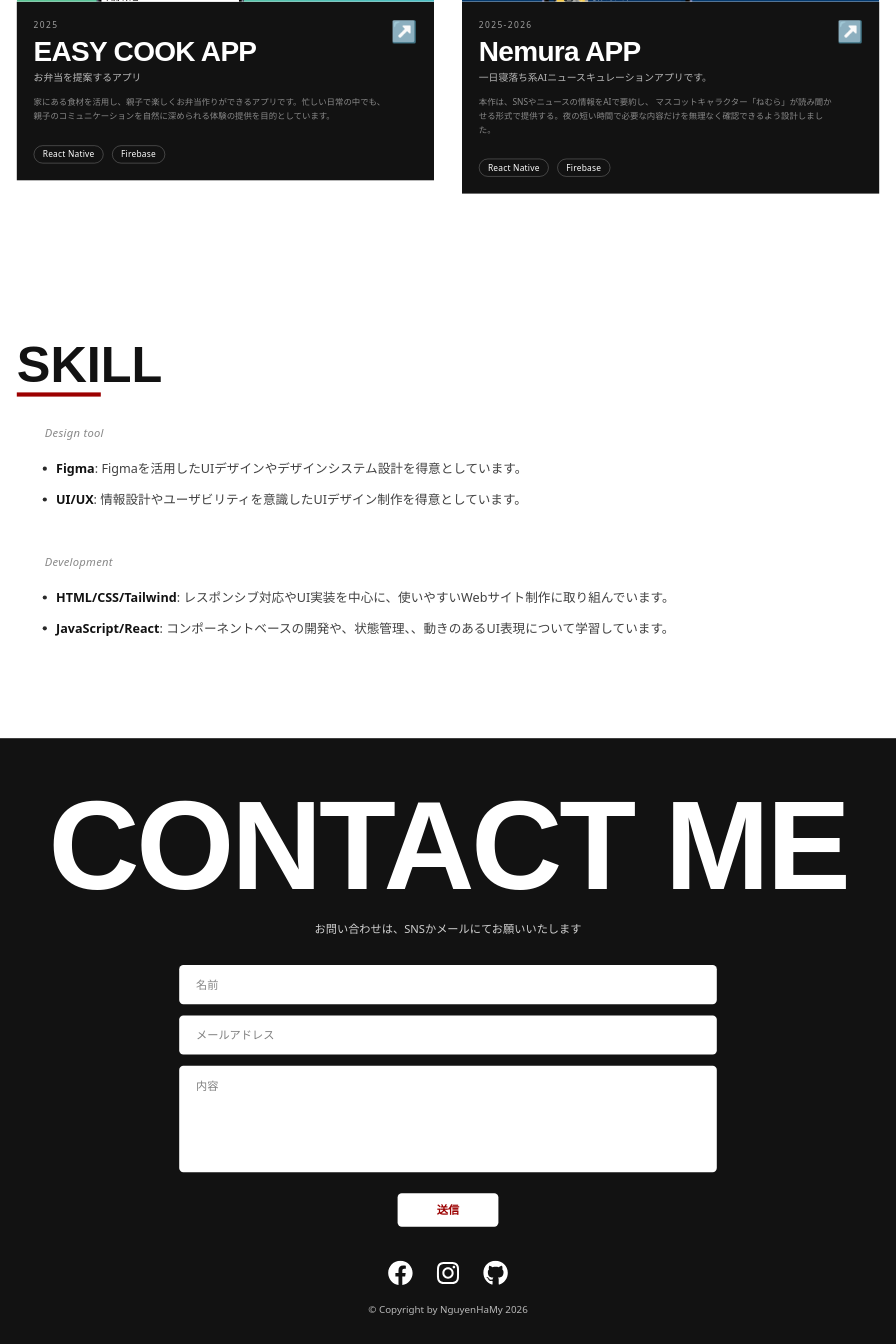
Repository: meme2603/Portfolio-HaMy
Page: / (app in my-portfolio/)
An editor plug-in stored every save of this project. The page is shown before and after the next save, followed by the edit.
The browser window is 1280 px wide. The pictures show the part of the page from y = 4322 to 6242 px (the page is 6242 px tall before and 6210 px after), at 70% of full size.
Some web fonts or font styles are not loaded; a fallback is used. The project was rebuilt for these pictures with package versions that can differ from the ones it lists, and the page was loaded fresh each time. Also part of the build but not shown: my-portfolio/vite.config.js.

Above is the page before, as saved 2026-05-29 14:55:31.

### my-portfolio/index.html
<!doctype html>
<html lang="ja">
  <head>
    <meta charset="UTF-8" />

    <link rel="icon" type="image/png" href="/memex2.png" />
    <meta name="viewport" content="width=device-width, initial-scale=1.0" />
    <title>My Portfolio</title>
    <link rel="preconnect" href="https://fonts.googleapis.com" />
    <link rel="preconnect" href="https://fonts.gstatic.com" crossorigin />
    <link
      href="https://fonts.googleapis.com/css2?family=Akshar:wght@300..700&family=Poppins:wght@300;400;600;700&display=swap"
      rel="stylesheet"
    />
  </head>
  <body>
    <div id="root"></div>

    <script type="module" src="/src/main.jsx"></script>
  </body>
</html>

### my-portfolio/src/main.jsx
import React from "react";
import ReactDOM from "react-dom/client";
import App from "./App";
import "./index.css";

ReactDOM.createRoot(document.getElementById("root")).render(
  <React.StrictMode>
    <App />
  </React.StrictMode>,
);

### my-portfolio/src/App.jsx
import Header from "./components/Header";
import Hero from "./components/Hero";
import About from "./components/About";
import Projects from "./components/Projects";
import Skills from "./components/Skills";
import Contact from "./components/Contact";
function App() {
  return (
    <div className="App">
      <Header />
      <Hero />
      <About />
      <Projects />
      <Skills />
      <Contact />
    </div>
  );
}

export default App;

### my-portfolio/src/index.css
@import "tailwindcss";
@theme {
  --color-primary: #9c0000;
  --color-background: #fff;
  --color-font: #121212;

  --opacity-overlay: 0.65;
  --opacity-glass: 0.1;

  --font-poppins: "Poppins", sans-serif;
  --font-akshar: "Akshar", sans-serif;
}

### my-portfolio/src/components/Header.jsx
import { useState } from "react";
function MenuItem({ text }) {
  return (
    <li>
      <a
        href={`#${text.toLowerCase()}`}
        className="text-primary text-xl relative group transition-colors"
      >
        {text}
        <span
          className="
            absolute left-0 -bottom-[4px] w-0 h-[1px] bg-primary
            transition-all duration-300 group-hover:w-full
          "
        ></span>
      </a>
    </li>
  );
}

function Header() {
  const [isOpen, setIsOpen] = useState(false);
  const menuItems = ["About", "Projects", "Contact"];
  return (
    <header className="fixed top-0 left-0 w-full h-24 bg-background border-b border-gray-300 z-60">
      <div className="max-w-7xl mx-auto h-full px-6 flex justify-between items-center">
        <div className="shrink-0">
          <a
            href="/"
            className="text-4xl text-primary font-semibold font-akshar"
          >
            HA MY
          </a>
        </div>

        <nav className="hidden lg:block">
          <ul className="flex space-x-10">
            {menuItems.map((item) => (
              <MenuItem key={item} text={item} />
            ))}
          </ul>
        </nav>

        <button
          onClick={() => setIsOpen(!isOpen)}
          className="block lg:hidden text-primary focus:outline-none z-50"
          aria-label="Menu"
        >
          <svg
            xmlns="http://www.w3.org/2000/svg"
            className="h-8 w-8"
            fill="none"
            viewBox="0 0 24 24"
            stroke="currentColor"
          >
            <path
              strokeLinecap="round"
              strokeLinejoin="round"
              strokeWidth="2"
              d={isOpen ? "M6 18L18 6M6 6l12 12" : "M4 6h16M4 12h16M4 18h16"}
            />
          </svg>
        </button>

        <div
          className={`
            absolute top-24 left-0 w-full bg-background border-b border-gray-300
            flex flex-col items-center shadow-lg lg:hidden
            overflow-hidden transition-all duration-700 ease-in-out
            ${isOpen ? "max-h-96 opacity-100 py-8 space-y-6" : "max-h-0 opacity-0 py-0 space-y-0 border-none"}
          `}
        >
          <div className="flex flex-col items-center w-full py-6 space-y-6">
            <a
              href="#about"
              onClick={() => setIsOpen(false)}
              className="text-primary text-2xl transition-opacity duration-700"
            >
              About
            </a>
            <a
              href="#projects"
              onClick={() => setIsOpen(false)}
              className="text-primary text-2xl transition-opacity duration-700"
            >
              Projects
            </a>
            <a
              href="#contact"
              onClick={() => setIsOpen(false)}
              className="text-primary text-2xl transition-opacity duration-700"
            >
              Contact
            </a>
          </div>
        </div>
      </div>
    </header>
  );
}

export default Header;

### my-portfolio/src/components/Hero.jsx
import avatarImg from "../assets/avatar.png";
function Hero() {
  return (
    <section className="relative w-full h-[calc(100vh-88px)] mt-24 bg-background overflow-hidden flex flex-col items-center pb-16">
      <div className="w-full pt-10 pb-5 z-20">
        <h1
          className="
            text-[90px]
            md:text-[140px]
            lg:text-[210px]
            font-bold
            font-akshar
            text-center
            leading-[0.7]
            text-font
            tracking-tighter
          "
        >
          PORTFOLIO
        </h1>
      </div>

      <div className="relative w-full max-w-[1440px] flex flex-col md:flex-row items-center md:items-end justify-center z-30">
        {/* LEFT */}
        <div className="flex-1 flex justify-center pb-8 md:pb-60 lg:pb-80">
          <div className="flex flex-col items-center text-center space-y-2">
            <p className="text-sm md:text-base lg:text-lg font-poppins">Hi!</p>

            <p className="text-sm md:text-base lg:text-lg font-poppins">
              My name is{" "}
              <span className="font-semibold text-base md:text-lg lg:text-xl font-poppins">
                NGUYEN THI HA MY
              </span>
            </p>

            <p className="text-base md:text-lg lg:text-xl font-light">
              I'm from VietNam
            </p>
          </div>
        </div>

        <div className="relative flex justify-center shrink-0">
          <img
            src={avatarImg}
            alt="Ha My"
            className="
              block
              h-[320px]
              md:h-[460px]
              lg:h-[601px]
              object-cover

            "
          />
        </div>

        <div className="flex-1 flex justify-center pb-8 md:pb-60 lg:pb-80">
          <div className="flex flex-col text-center space-y-2">
            <p className="text-base md:text-lg lg:text-xl font-light">
              I'm{" "}
              <span className="font-semibold text-base md:text-lg lg:text-xl">
                UI/UX Designer
              </span>{" "}
              and
            </p>

            <p className="text-base md:text-lg lg:text-xl font-semibold font-poppins">
              Design Engineer
            </p>

            <p className="text-sm md:text-base lg:text-lg font-light font-poppins">
              Now I'm living in Japan.
            </p>
          </div>
        </div>
      </div>
      <div className="absolute h-13 bottom-0 left-0 w-full bg-font py-3 md:py-4"></div>
      <div className="relative w-full mt-0 md:mt-0 lg:-mt-40 z-40">
        <div className="relative flex justify-center leading-none -mb-8 lg:-mb-12">
          <span
            className="
              absolute
              inset-0
              flex
              justify-center
              translate-x-[4px]
              translate-y-[4px]
              lg:text-[200px]
              md:text-[110px]
              sm:text-[80px]
              font-bold
              font-akshar
              tracking-tighter
              text-font
            "
          >
            Designer
          </span>

          <h2
            className="
              relative
              lg:text-[200px]
              md:text-[110px]
              sm:text-[80px]
              font-bold
              font-akshar
              tracking-tighter
              text-primary
            "
          >
            Designer
          </h2>
        </div>
      </div>

      {/* <div
        className="absolute
                  bottom-3
                  left-1/2
                  -translate-x-1/2
                  z-50
                  px-10
                  py-0.5"
      >
        <p className="text-background text-center text-[10px] md:text-xs font-light tracking-[2px]">
          This is my portfolio. Hope you enjoy it !
        </p>
      </div> */}
    </section>
  );
}

export default Hero;

### my-portfolio/src/components/About.jsx
import aboutImg from "../assets/about.jpg";
function About() {
  return (
    <section className="relative w-full h-auto py-24 bg-background overflow-hidden mt-16">
      <div className="max-w-7xl mx-auto px-6 md:px-10">
        {/* TITLE */}
        <div className="mb-16">
          <h1 className="text-5xl md:text-6xl lg:text-7xl font-bold font-akshar text-font leading-none">
            ABOUT ME
          </h1>

          <div className="w-[80px] md:w-[100px] lg:w-[120px] lg:h-[6px] md:h-[5px] h-[4px] bg-primary mt-1"></div>
        </div>

        {/* CONTENT */}
        <div className="flex flex-col lg:flex-row items-center lg:items-start gap-16">
          {/* LEFT */}
          <div className="w-full lg:w-[380px] shrink-0">
            <div className="bg-white rounded-2xl shadow-md p-5">
              <img
                src={aboutImg}
                alt="About Me"
                className="w-full  h-[300px] object-cover rounded-xl"
              />

              <div className="mt-5">
                <h2 className="text-3xl font-akshar font-bold tracking-wide text-font">
                  NGUYEN THI HA MY
                </h2>

                <p className="text-font/70 text-lg mt-1">2001.03.30</p>
              </div>

              <div className="flex gap-3 mt-6">
                <span className="border border-font rounded-full px-4 py-2 text-sm">
                  UI/UX Designer
                </span>

                <span className="border border-font rounded-full px-4 py-2 text-sm">
                  Design Engineer
                </span>
              </div>
            </div>
          </div>

          {/* RIGHT */}
          <div className="flex-1 max-w-[760px]">
            <h2 className="text-2xl md:text-3xl font-semibold font-akshar text-primary tracking-[4px] mb-8">
              PROFILE!!
            </h2>

            <div className="space-y-6 text-font leading-[2.2] text-sm md:text-base lg:text-lg">
              <p>
                ベトナム出身の
                <span className="font-semibold">
                  グエン ティ ハ ミー（ NGUYEN THI HA MY）
                </span>
                です。
              </p>

              <p>
                現在は専門学校で、
                <span className="font-semibold">デザインやコーディング </span>
                について学びながらWeb制作やフロントエンド技術の基礎を学んでおります。
              </p>

              <p>
                2021年に来日し、最初の1年間は日本語学校で日本語を学びました。
                <br />
                その後、ビジネス専門学校に進学し、日本の文化やビジネスマナー、コミュニケーション力を身につけてまいりました。
                その中で、コンピュータの授業を通して、Webデザインという職業があることを初めて知り、興味を持つようになりました。
              </p>

              <p>
                留学生として日本とベトナム両方の文化に触れてきた経験を活かし、将来はユーザーの多様な視点やニーズを理解し、最適な体験をデザインする
                <span className="font-semibold text-primary text-xl">
                  UI/UXデザイナー
                </span>
                を目指しております。
              </p>
            </div>
          </div>
        </div>
      </div>
    </section>
  );
}
export default About;

### my-portfolio/src/components/Projects.jsx
import ProjectSection from "./ProjectSection";
import { websiteProjects, appProjects } from "./ProjectsData";

function Projects() {
  return (
    <section className="pt-20 bg-background">
      <div className="max-w-7xl mx-auto px-6">
        <h1 className="text-5xl md:text-6xl lg:text-7xl font-akshar font-bold text-font">
          PROJECTS
        </h1>
        <div className="w-[80px] md:w-[100px] lg:w-[120px] lg:h-[6px] md:h-[5px] h-[4px] bg-primary mt-1 mb-20"></div>
        <ProjectSection
          title="Website Design"
          description="学校で学んだ知識を活かし、企画からデザイン、コーディングまで一貫して制作したWebプロジェクトです。"
          projects={websiteProjects}
        />
        <ProjectSection
          title="Application Design"
          description="チームプロジェクトとして、企画からUI/UX設計までチームで共同制作したモバイルアプリです。"
          projects={appProjects}
        />
      </div>
    </section>
  );
}

export default Projects;

### my-portfolio/src/components/Skills.jsx
import { skillData } from "./ProjectsData";

function Skill() {
  return (
    <section className="w-full pt-20 pb-16">
      <div className="max-w-7xl mx-auto px-6 pb-10">
        <h2 className="text-5xl md:text-6xl lg:text-7xl font-bold font-akshar text-font leading-none">
          SKILL
        </h2>

        <div className="w-[80px] md:w-[100px] lg:w-[120px] lg:h-[6px] md:h-[5px] h-[4px] bg-primary mt-1"></div>
      </div>

      <div className="max-w-7xl mx-auto px-16 space-y-16">
        {skillData.map((group, index) => (
          <div key={index}>
            <h3 className="text-base font-medium text-font/50 mb-6 tracking-wide italic">
              {group.category}
            </h3>

            <ul className="space-y-4 pl-4">
              {group.skills.map((skill, sIndex) => (
                <li key={sIndex} className="list-disc text-font/90 text-lg">
                  <span className="font-bold text-font">{skill.name}</span>
                  <span className="text-font/80 font-light">
                    : {skill.status} {skill.desc}
                  </span>
                </li>
              ))}
            </ul>
          </div>
        ))}
      </div>
    </section>
  );
}

export default Skill;

### my-portfolio/src/components/Contact.jsx
import { FaFacebook, FaInstagram, FaGithub } from "react-icons/fa";

function Contact() {
  return (
    <section className="bg-font text-background py-10 overflow-hidden mt-20">
      <div className="max-w-7xl mx-auto pt-6">
        <h1
          className="
                text-center
                font-akshar
                font-bold
                leading-none
                tracking-tight
                text-[70px]
                sm:text-[100px]
                md:text-[140px]
                lg:text-[180px]
                "
        >
          CONTACT ME
        </h1>
        <p
          className="
                text-center
                text-sm
                md:text-base
                text-white/80
                mt-4
                mb-10
                "
        >
          お問い合わせは、SNSかメールにてお願いいたします
        </p>
        <form className="max-w-3xl mx-auto">
          <input
            type="text"
            placeholder="名前"
            className="
                    w-full
                    bg-background
                    text-font
                    rounded-md
                    px-6
                    py-4
                    mb-4
                    outline-none
                "
          />
          <input
            type="email"
            placeholder="メールアドレス"
            className="
                    w-full
                    bg-white
                    text-black
                    rounded-md
                    px-6
                    py-4
                    mb-4
                    outline-none
                "
          />
          <textarea
            placeholder="内容"
            rows="5"
            className="
                    w-full
                    bg-white
                    text-black
                    rounded-md
                    px-6
                    py-4
                    outline-none
                    resize-none
                "
          ></textarea>
          <div className="flex justify-center mt-6">
            <button
              className="
                    bg-background
                    text-primary
                    px-14
                    py-3
                    rounded-md
                    font-semibold
                    transition-all
                    duration-300
                    hover:scale-105
                    "
            >
              送信
            </button>
          </div>
        </form>
        <div className="flex justify-center gap-8 mt-12 text-4xl">
          <a href="/" className="hover:scale-110 transition-all duration-300">
            <FaFacebook />
          </a>

          <a href="/" className="hover:scale-110 transition-all duration-300">
            <FaInstagram />
          </a>

          <a href="/" className="hover:scale-110 transition-all duration-300">
            <FaGithub />
          </a>
        </div>

        {/* COPYRIGHT */}
        <p
          className="
                text-center
                text-sm
                text-background/70
                mt-6
                "
        >
          © Copyright by NguyenHaMy 2026
        </p>
      </div>
    </section>
  );
}

export default Contact;

### my-portfolio/src/components/ProjectSection.jsx
import ProjectCard from "./ProjectCard";

function ProjectSection({ title, description, projects }) {
  return (
    <section className="mb-32">
      <h2
        className="
          text-[32px]
          leading-none
          font-bold
          font-akshar
          tracking-tight
          text-primary
        "
      >
        {title}
      </h2>

      <p
        className="
          mt-4
          text-font/70
          leading-relaxed
        "
      >
        {description}
      </p>

      <div className="grid grid-cols-1 md:grid-cols-2 gap-10 mt-14">
        {projects.slice(0, 4).map((project, index) => (
          <ProjectCard
            key={index}
            year={project.year}
            title={project.title}
            titleJP={project.titleJP}
            description={project.desc}
            tags={project.tags}
            image={project.img}
          />
        ))}
      </div>
    </section>
  );
}

export default ProjectSection;

### my-portfolio/src/components/ProjectsData.js
// projectsData.js
// 1. Import ảnh ở đầu file để JS hiểu đường dẫn
import portfoliothumb from "../assets/portfoliothumb.jpg";
import coffeethumb from "../assets/coffeethumb.jpg";
import sneakerthumb from "../assets/sneakerthumb.jpg";
import okayamathumb from "../assets/okayamathumb.jpg";
import nemurathumb from "../assets/nemurathumb.jpg";
import easycookthumb from "../assets/easycookthumb.jpg";

export const websiteProjects = [
  {
    year: "2025",
    title: "Coffee Shop",
    titleJP: "カフェショップサイト",
    desc: "家族みんなが安心して過ごせるカフェをテーマに、Webサイトを制作しました。",
    tags: ["Figma", "HTML", "CSS", "JavaScript"],
    img: coffeethumb,
  },
  {
    year: "2026",
    title: "Portfolio.",
    titleJP: "ポートフォリオ",
    desc: "就職活動のために制作したポートフォリオサイトです。",
    tags: ["Figma", "React", "Tailwind"],
    img: portfoliothumb,
  },
  {
    year: "2025",
    title: "Sneaker LP",
    titleJP: "スニーカーLP",
    desc: "新作スニーカーの販売に向けた、ランディングページを制作しました。",
    tags: ["Figma", "HTML", "SCSS"],
    img: sneakerthumb,
  },
  {
    year: "2025",
    title: "Okayama kankou",
    titleJP: "観光サイト",
    desc: "昔話「桃太郎」をテーマに、岡山の伝説・史実・文化を体験できる観光サイトを制作しました。",
    tags: ["Figma", "UI/UX"],
    img: okayamathumb,
  },
];

export const appProjects = [
  {
    year: "2025",
    title: "EASY COOK APP",
    titleJP: "お弁当を提案するアプリ",
    desc: "家にある食材を活用し、親子で楽しくお弁当作りができるアプリです。忙しい日常の中でも、親子のコミュニケーションを自然に深められる体験の提供を目的としています。",
    tags: ["React Native", "Firebase"],
    img: easycookthumb,
  },
  {
    year: "2025-2026",
    title: "Nemura APP",
    titleJP: "一日寝落ち系AIニュースキュレーションアプリです。",
    desc: "本作は、SNSやニュースの情報をAIで要約し、 マスコットキャラクター「ねむら」が読み聞かせる形式で提供する。夜の短い時間で必要な内容だけを無理なく確認できるよう設計しました。",
    tags: ["React Native", "Firebase"],
    img: nemurathumb,
  },
];

// skillsData.js
export const skillData = [
  {
    category: "Design tool",
    skills: [
      {
        name: "Figma",
        // status: "上級",
        desc: "Figmaを活用したUIデザインやデザインシステム設計を得意としています。",
      },
      {
        name: "UI/UX",
        // status: "上級",
        desc: "情報設計やユーザビリティを意識したUIデザイン制作を得意としています。",
      },
    ],
  },
  {
    category: "Development",
    skills: [
      {
        name: "HTML/CSS/Tailwind",
        // status: "基礎レベル",
        desc: "レスポンシブ対応やUI実装を中心に、使いやすいWebサイト制作に取り組んでいます。",
      },
      {
        name: "JavaScript/React",
        // status: "基礎知識・学習中",
        desc: "コンポーネントベースの開発や、状態管理、、動きのあるUI表現について学習しています。",
      },
    ],
  },
];

### my-portfolio/src/components/ProjectCard.jsx
// ProjectCard = component dùng để hiển thị 1 project card
function ProjectCard({ year, title, titleJP, description, tags, image }) {
  return (
    <div className="group cursor-pointer ">
      <div className="overflow-hidden bg-font">
        <img
          src={image}
          alt={title}
          className="
            w-full
            object-cover
            transition-all
            duration-500
            group-hover:scale-105
            group-hover:opacity-90
          "
        />
      </div>

      {/* INFO */}
      <div className="bg-font text-background px-6 py-6 ">
        <div className="flex items-start justify-between">
          <div>
            {/* ĐIỀN NĂM VÀO ĐÂY */}
            <p className="text-[12px] tracking-[2px] text-background/60 ">
              {year}
            </p>

            {/* ĐIỀN TIÊU ĐỀ VÀO ĐÂY */}
            <h3
              className="
                text-[40px]
                leading-none
                font-bold
                font-akshar
                tracking-tight
                mt-2
              "
            >
              {title}
            </h3>

            {/* ĐIỀN TIẾNG NHẬT VÀO ĐÂY */}
            <p className="text-sm text-background/70 mt-2">{titleJP}</p>

            {/* ĐIỀN MÔ TẢ VÀO ĐÂY */}
            <p className="text-xs text-background/50 leading-relaxed mt-4">
              {description}
            </p>
          </div>

          <div
            className="
              text-3xl
              transition-transform
              duration-300
              group-hover:translate-x-1
              group-hover:-translate-y-1
            "
          >
            ↗
          </div>
        </div>

        {/* BOTTOM - CHỖ NÀY ĐỂ HIỆN TAGS TỰ ĐỘNG NÈ */}
        <div className="mt-8 flex items-center gap-3 flex-wrap">
          {tags &&
            tags.map((tag, index) => (
              <span
                key={index}
                className="
                border
                border-background/30
                rounded-full
                px-3
                py-1
                text-xs
                tracking-wide
              "
              >
                {tag}
              </span>
            ))}
        </div>
      </div>
    </div>
  );
}

export default ProjectCard;

After the next save:
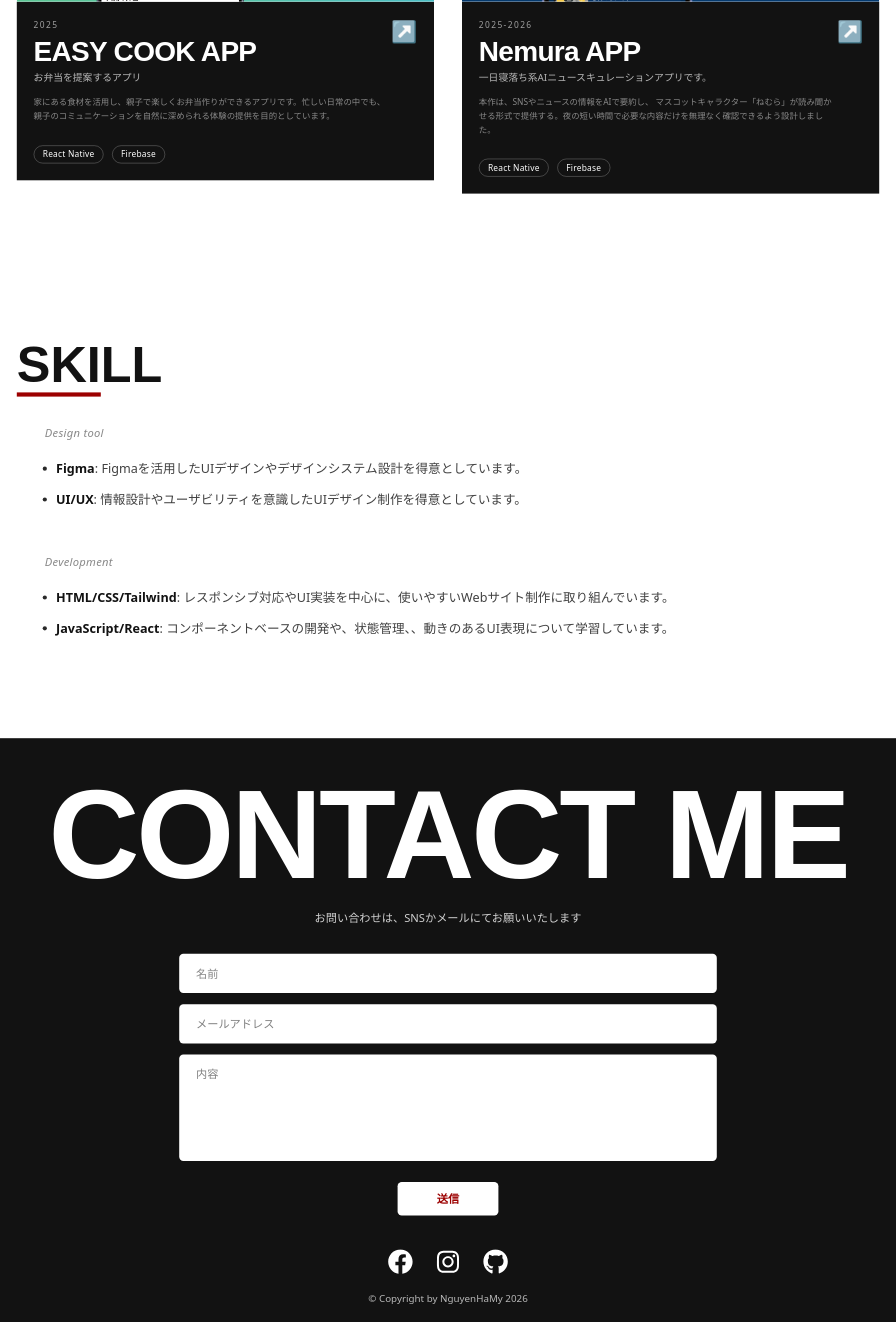
Saved 8 s later.
--- a/my-portfolio/src/components/Contact.jsx
+++ b/my-portfolio/src/components/Contact.jsx
@@ -2,7 +2,7 @@ import { FaFacebook, FaInstagram, FaGithub } from "react-icons/fa";
 
 function Contact() {
   return (
-    <section className="bg-font text-background py-10 overflow-hidden mt-20">
+    <section className="bg-font text-background py-6 overflow-hidden mt-20">
       <div className="max-w-7xl mx-auto pt-6">
         <h1
           className="
